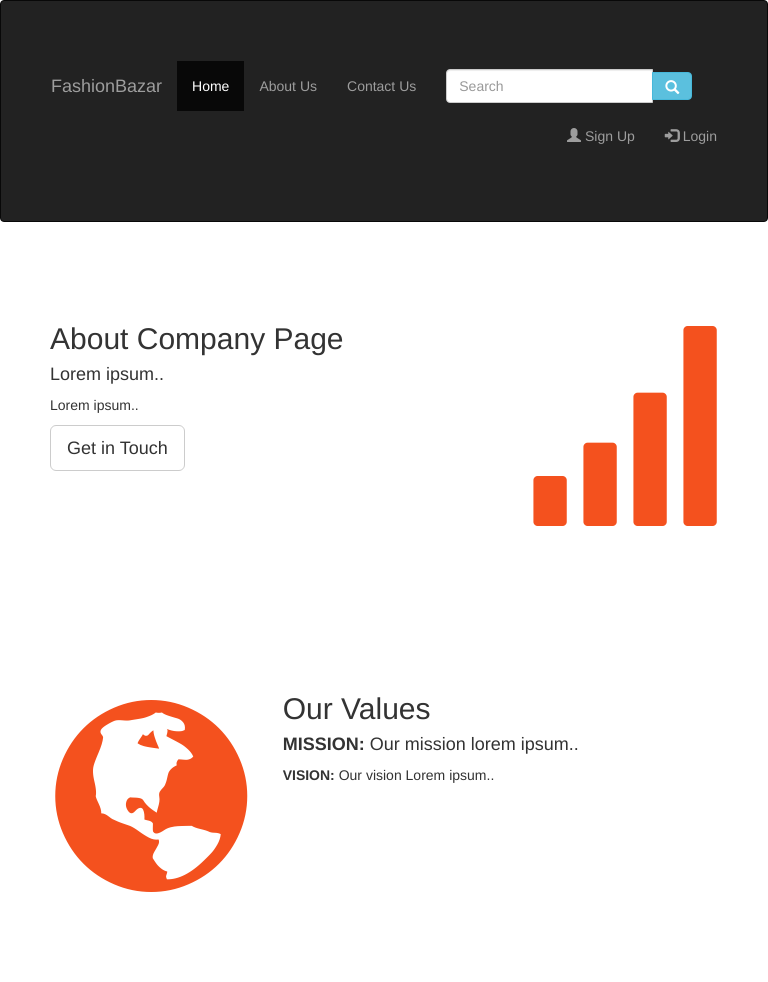
Repository: SmithaMendonca/Project-1
Page: http://localhost/FashionBazarFrontend/WEB-INF/views/AboutUs.jsp
An editor plug-in stored every save of this project. The page is shown before and after the next save, followed by the edit.
The browser window is 768 px wide. The pictures show the whole page.
The page is served by Tomcat 9. Nobody is signed in. Other server files are loaded and not shown. The template is opened directly, without the code that normally fills it, so the values that code supplies are empty.

Above is the page before, as saved 2019-06-06 04:51:04.

### FashionBazarFrontend/src/main/webapp/WEB-INF/views/AboutUs.jsp
<%@include file="Header.jsp"%>
<html>
<head>
<style>
.container-fluid {
  padding: 60px 50px;
}
 .logo {
   color: #f4511e;
  font-size: 200px;
}
@media screen and (max-width: 768px) {
  .col-sm-4 {
    text-align: center;
    margin: 25px 0;
  }
}

</style>

</head>
<body>
	<div class="container-fluid">
  <div class="row">
    <div class="col-sm-8">
      <h2>About Company Page</h2>
      <h4>Lorem ipsum..</h4>
      <p>Lorem ipsum..</p>
      <button class="btn btn-default btn-lg">Get in Touch</button>
    </div>
    <div class="col-sm-4">
      <span class="glyphicon glyphicon-signal logo"></span>
    </div>
  </div>
</div>

	<div class="container-fluid bg-grey">
  <div class="row">
    <div class="col-sm-4">
      <span class="glyphicon glyphicon-globe logo"></span>
    </div>
    <div class="col-sm-8">
      <h2>Our Values</h2>
      <h4><strong>MISSION:</strong> Our mission lorem ipsum..</h4>
      <p><strong>VISION:</strong> Our vision Lorem ipsum..</p>
    </div>
  </div>
</div>

</body>
</html>

### FashionBazarFrontend/src/main/webapp/WEB-INF/views/Header.jsp
<%@ page language="java" contentType="text/html"%>
<%@ taglib uri="http://java.sun.com/jsp/jstl/core" prefix="c"%>
<%@taglib prefix="form" uri="http://www.springframework.org/tags/form"%>
<html>
<head>
<title>Welcome to Fashion Bazar</title>
 <meta charset="utf-8">
 <meta name="viewport" content="width=device-width, initial-scale=1">
 <link rel="stylesheet" href="https://maxcdn.bootstrapcdn.com/bootstrap/3.4.0/css/bootstrap.min.css">
  <script src="https://ajax.googleapis.com/ajax/libs/jquery/3.4.0/jquery.min.js"></script>
  <script src="https://maxcdn.bootstrapcdn.com/bootstrap/3.4.0/js/bootstrap.min.js"></script>
</head>
<body>
	  <nav class="navbar navbar-inverse">
      <div class="container-fluid">
        <div class="navbar-header">
	         <a class="navbar-brand" href="#">FashionBazar</a>
        </div>
        <ul class="nav navbar-nav">
         <c:if test="${!sessionScope.loggedIn }">
	      <li class="active"><a href="index.jsp">Home</a></li>
          <li><a href="<c:url value="/aboutus"/>">About Us</a></li>
          <li><a href="<c:url value="/contactus"/>">Contact Us</a></li>
          <form class="navbar-form navbar-left">
  				<div class="input-group">
    			  <input type="text" class="form-control" placeholder="Search">
   				 	<div class="input-group-btn">
      				<button class="btn btn-info" type="button">
        				<span class="glyphicon glyphicon-search"></span>
      				</button>
    				</div>
  				</div>
			</form>
         </c:if>

         <c:if test="${sessionScope.loggedIn }">
               <c:if test="${sessionScope.role=='ROLE_ADMIN' }">
	      <li><a href="<c:url value="/category"/>">Category Management</a></li>
          <li><a href="<c:url value="/product"/>">Product Management</a></li>
               </c:if>
         </c:if>

          <c:if test="${sessionScope.loggedIn }">
              <c:if test="${sessionScope.role=='ROLE_USER' }">
           <li><a href="<c:url value="/productPage"/>">Products</a></li>
          <li><a href="<c:url value="/showCart"/>">Cart</a></li>
              </c:if>
          </c:if>
       </ul>

       <ul class="nav navbar-nav navbar-right">
         <c:if test="${!sessionScope.loggedIn }">
	     	<li><a href="<c:url value="/register"/>"><span class="glyphicon glyphicon-user"></span> Sign Up</a></li>
        	 <li><a href="<c:url value="/login"/>"><span class="glyphicon glyphicon-log-in"></span> Login</a></li>
         </c:if>

         <c:if test="${sessionScope.loggedIn }">
            <li><a href="#"><span class="glyphicon glyphicon-user"></span>Hi ${sessionScope.username}</a></li>
            <li><a href="<c:url value="/perform_logout"/>"><span class="glyphicon glyphicon-log-in"></span> Logout</a></li>
         </c:if>
       </ul>
     </div>
    </nav>
</body>
</html>

After the next save:
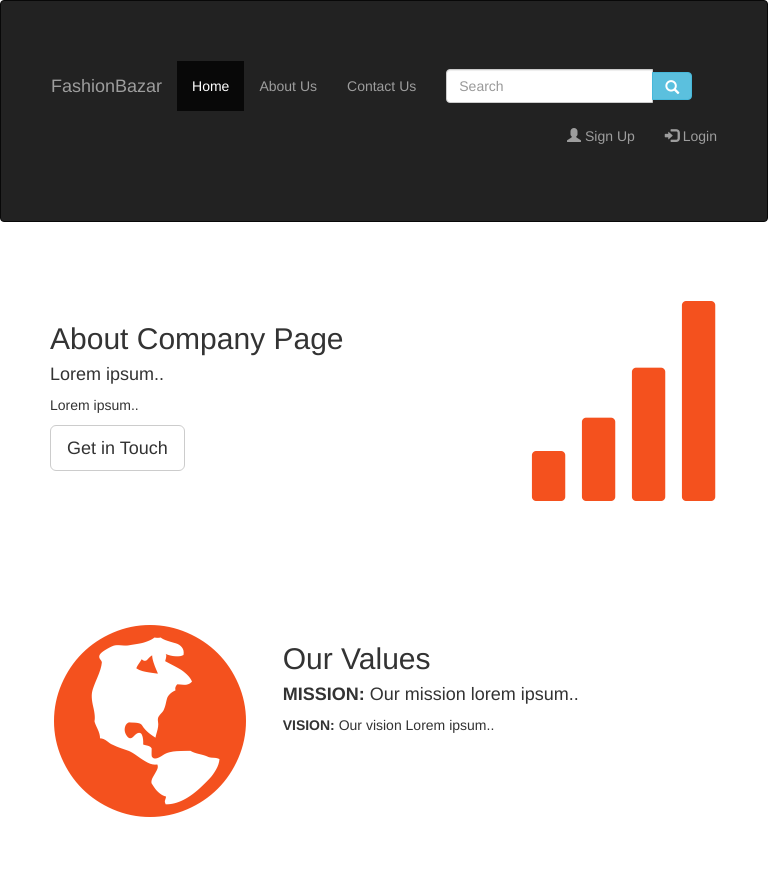
Saved 4 min 17 s later.
--- a/FashionBazarFrontend/src/main/webapp/WEB-INF/views/AboutUs.jsp
+++ b/FashionBazarFrontend/src/main/webapp/WEB-INF/views/AboutUs.jsp
@@ -9,11 +9,7 @@
    color: #f4511e;
   font-size: 200px;
 }
-@media screen and (max-width: 768px) {
-  .col-sm-4 {
-    text-align: center;
-    margin: 25px 0;
-  }
+
 }
 
 </style>
